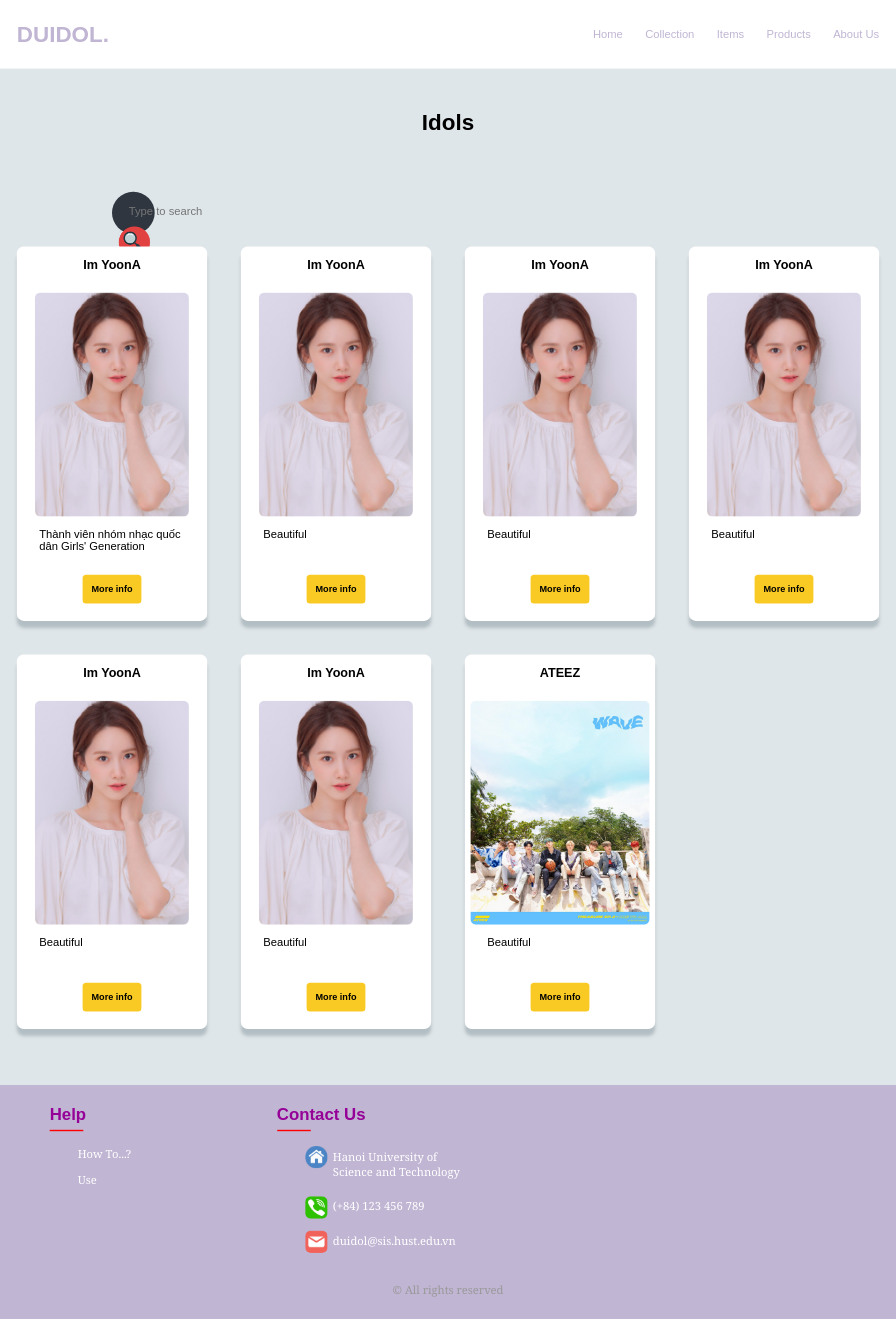
Repository: hangvtt183524/Cong_nghe_Web_va_dich_vu_truc_tuyen_20202
Page: ProjectWeb/src/View/html/idol_list.html
An editor plug-in stored every save of this project. The page is shown before and after the next save, followed by the edit.
The browser window is 1280 px wide. The pictures show the whole page, at 70% of full size.
The pointer rests on the first visible `.search-box`.

Above is the page before, as saved 2021-05-06 18:06:32.

### ProjectWeb/src/View/html/idol_list.html
<html>
	<head>
		<title>Idol List</title>
		<link rel="stylesheet" href="../css/idol_list.css">
	</head>
	<body>
		<header>
			<a href="" class="logo">DUIDOL.</a>
            <ul class="navigation">
                <li><a href="">Home</a></li>
                <li><a href="">Collection</a></li>
                <li><a href="">Items</a></li>
                <li><a href="">Products</a></li>
                <li><a href="">About Us</a></li>
            </ul>
		</header>
		<section class="idol-list">
			<div>
				<h1 class="align-center">Idols</h1>
			</div>
			<div class="container1">
				<div class="search-box">
					<input class="search-txt" type="text" name="" placeholder="Type to search">
					<a class="search-btn" href="#"><img src="../image/search-icon.png"></a>
				</div>
			</div>
			<br>
			<div class="idol-container">
				<div class="card">
					<div class="name">Im YoonA</div>
					<div class="image">
						<img src="../image/yoona.jpg">
					</div>
					<div class="textblock">
					<div class="text">Thành viên nhóm nhạc quốc dân Girls' Generation</div>
					</div>
					<div>
						<div class="btnblock">
						<a href="../html/info.html" class="info-button">More info</a>
						</div>
					</div>
				</div>



				<div class="card">
					<div class="name">Im YoonA</div>
					<div class="image">
						<img src="../image/yoona.jpg">
					</div>
					<div class="textblock">
					<div class="text">Beautiful</div>
					</div>

					<div>
						<div class="btnblock">
						<a href="../html/info.html" class="info-button">More info</a>
						</div>
					</div>
				</div>



				<div class="card">
					<div class="name">Im YoonA</div>
					<div class="image">
						<img src="../image/yoona.jpg">
					</div>
					<div class="textblock">
					<div class="text">Beautiful</div>
					</div>
					<div>
						<div class="btnblock">
						<a href="../html/info.html" class="info-button">More info</a>
						</div>
					</div>
				</div>

				<div class="card">
					<div class="name">Im YoonA</div>
					<div class="image">
						<img src="../image/yoona.jpg">
					</div>
					<div class="textblock">
					<div class="text">Beautiful</div>
					</div>
					<div>
						<div class="btnblock">
						<a href="../html/info.html" class="info-button">More info</a>
						</div>
					</div>
				</div>

				<div class="card">
					<div class="name">Im YoonA</div>
					<div class="image">
						<img src="../image/yoona.jpg">
					</div>
					<div class="textblock">
					<div class="text">Beautiful</div>
					</div>
					<div>
						<div class="btnblock">
						<a href="../html/info.html" class="info-button">More info</a>
						</div>
					</div>
				</div>

				<div class="card">
					<div class="name">Im YoonA</div>
					<div class="image">
						<img src="../image/yoona.jpg">
					</div>
					<div class="textblock">
					<div class="text">Beautiful</div>
					</div>
					<div>
						<div class="btnblock">
						<a href="../html/info.html" class="info-button">More info</a>
						</div>
					</div>
				</div>

				<div class="card">
					<div class="name">ATEEZ</div>
					<div class="image">
						<img src="../image/ateez-list.jpg">
					</div>
					<div class="textblock">
					<div class="text">Beautiful</div>
					</div>
					<div>
						<div class="btnblock">
						<a href="../html/info.html" class="info-button">More info</a>
						</div>
					</div>
				</div>

			</div>
		</section>
		<footer>
			<div class="container">
				<div class="row">
					<div class="footer-col">
						<h4>Help</h4>
						<ul>
							<li><a href="">How to...?</a>
							<li><a href="">Use</a>
						</ul>
					</div>
					<div class="footer-col">
						<h4>Contact us</h4>
						<ul>
							<li><img src="../image/address_icon.jpg">
							<p>Hanoi University of <br>Science and Technology</p>
							<li><img src="../image/phone_icon.png">
							<p>(+84) 123 456 789</p>
							<li><img src="../image/mail_icon.png">
							<p>duidol@sis.hust.edu.vn</p>
						</ul>
					</div>
				</div>
				<div class="copyrightText"><p>© All rights reserved</p></div>
			</div>
		</footer>
	</body>
</html>

### ProjectWeb/src/View/css/idol_list.css
body {
    font-family: sans-serif;
    margin: 0;
}
header {
    background-color: white;
    padding: 1.5em;
    display: flex;
    justify-content: space-between;
    align-items: center;
}
.logo {
    font-weight: bold;
    text-decoration: none;
    font-size: 2em;
    color: #c0b5d3;
}
.navigation {
    display: flex;
    position: relative;
}
.navigation li {
    list-style: none;
    margin-left: 2em;
}
.navigation li a {
    text-decoration: none;
    font-size: 1em;
    color: #c0b5d3;
}

.idol-list {
	background-color:#dfe6e9;
	padding-bottom: 5em;
    align-items: center;
    padding-top: 2em;
}

h1 {
	font-size: 2em;
	font-weight: bold;
}
.container1 {
	margin-top: 5em;
}
.container1 .search-box {

	margin-left: 10em;
	width: 2.8em;
	height: 2.8em;
	background: #2f3640;
	border-radius: 3em;
	padding: 0.5em;
}

.container1 .search-txt {
	border: none;
	background: none;
	outline: none;
	float: left;
	color: #999;
	transition: 0.4s;
	line-height: 40px;
	font-size: 16px;
	width: 0;
}

.search-box:hover > .search-txt {
	width: 240px;
	padding: 0 1em;
}
.container1 img {
	width: 3em;
	border-radius: 1em;
	margin-top: 0;
}
.idol-list .card {
	background-color: white;
	width: 16em;

	margin: auto;
	border-radius: 10px;
	padding: 1em;
	box-shadow: 0px 10px 5px #b2bec3;
	text-align: center;
	font-family: sans-serif;
	max-width: 75%;
	padding-bottom: 30px;
}
.idol-list .card:hover {
	box-shadow: 15px 15px 15px #b2bec3;
	background: #FFEAFF;
}
.card .name {
	font-size: 18px;
	font-weight: bold;
	padding-bottom: 0.7em;
}

.card .image {
	margin-top: 1em;
	width: 100%;
    height: 20em;
    position: relative;
}
.card .image img {
	max-height: 100%;
	border-radius: 0.5em;
	object-fit: cover;
	position: absolute;
	top: 50%;
    transform: translate(-50%, -50%);
}

.card .textblock {
	height: 4em;
	margin-left: 1em;
	margin-right: 1em;
	margin-top: 1em;
	margin-bottom: 0.5em;
}

.card .textblock .text {
	text-align: left;
	font-size: 1rem;
}

.card .btnblock {
	margin-top: 1em;
	margin-bottom: 0.5em;
}

.info-button {
	background-color: #f9ca24;
	color: black;
	border: none;
	padding: 1em;
	border-radius: 5px;
	font-weight: bold;
	font-size: 13px;
	text-decoration: none;
}

.info-button:hover {
	box-shadow: 0px 5px 5px #b2bec3;
	color: #eb4db4;
}

.idol-container {
	display: grid;
	grid-template-columns: repeat(4, 1fr);
	grid-row-gap: 3em;
}

.align-center {
	text-align: center;
}

footer {
	background-color: #c0b5d3;
	padding: 1em 0;
}

footer .container {
	max-width: 1170px;
	margin: auto;
}

.footer-col {
	width: 25%;
	padding: 0 1em;
}
.footer-col h4 {
	font-size: 1.5em;
	color: #950096;
	text-transform: capitalize;
	position: relative;
	margin-top: 0.5em;
}

.footer-col h4::before {
	content: '';
	position: absolute;
	left: 0;
	bottom: -10px;
	height: 2px;
	background-color: red;
	box-sizing: border-box;
	width: 2em;
}

.footer-col li {
	display: flex;
	margin-bottom: 0.5em;
}
.footer-col ul li a {
	color: white;
	text-transform: capitalize;
	text-decoration: none;
	font-family: Cambria;
	font-size: 1em;
	margin-bottom: 0.5em;
	display: block;
}


.footer-col ul li a:hover {
	color: #700470;
	padding-left: 1em;

}

.footer-col p {
	margin-top: 0.2em;
	font-size: 1em;
	font-family: Cambria;
	color: white;
}
.footer-col img {
	border-radius: 0.5em;
	max-height: 2em;
	margin-right: 0.5em;
}

ul {
	list-style: none;
}

footer .container .h3 {
	color: white;
}

.container .row {
	display: flex;
	flex-wrap: wrap;
}

.copyrightText {
	width: 100%;
	color: #999;
	text-align: center;
	font-family: Cambria;
}

@media only screen and (max-width: 991px){
	.idol-container {
		grid-template-columns: 1fr;
	}
	.card {
        width: 25em;
    }
    .album .image {
        height: 25em;
    }
    .footer-col {
    	width: 50%;
    	margin-bottom: 5em;
    }

}

After the next save:
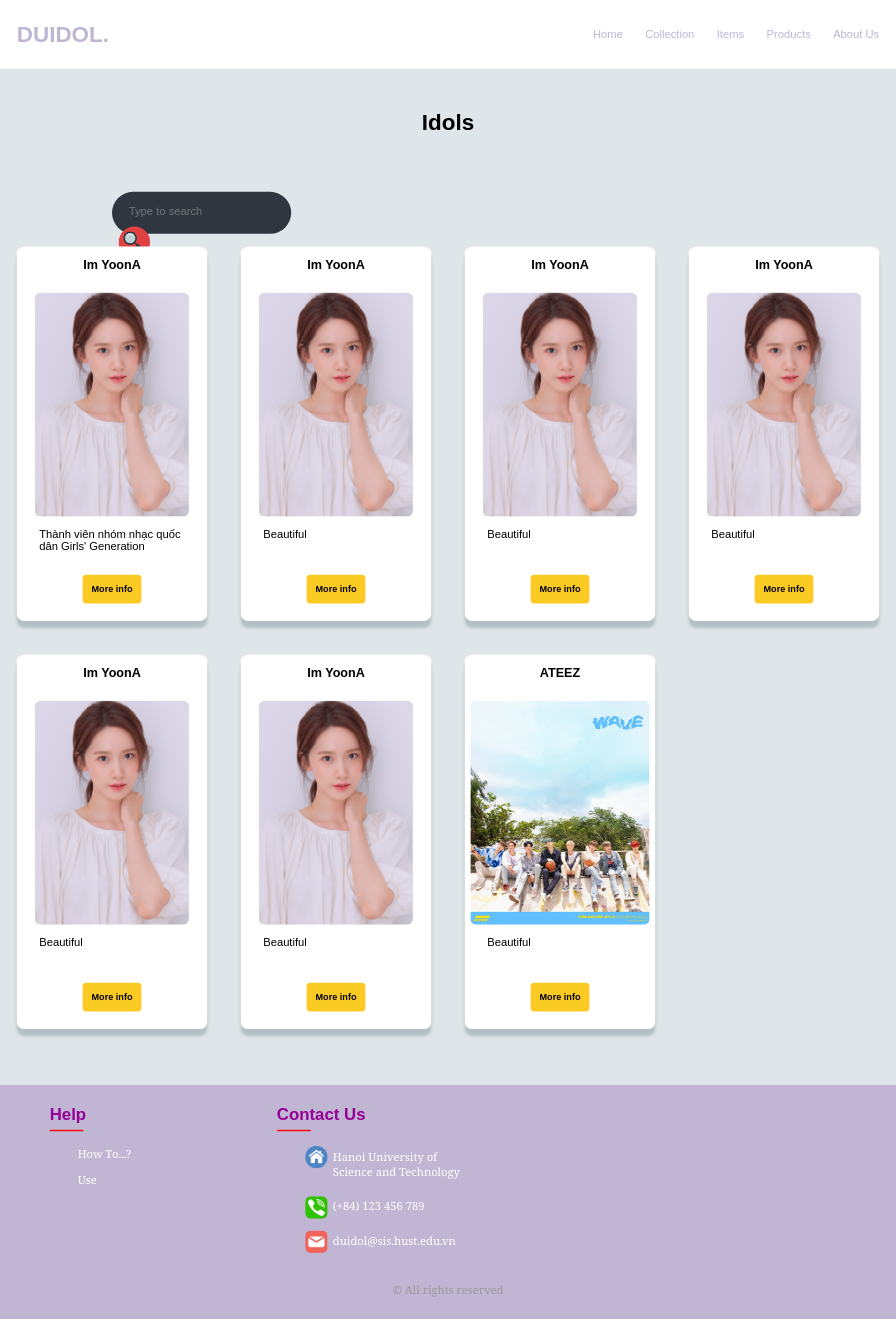
Saved 27 s later.
--- a/ProjectWeb/src/View/css/idol_list.css
+++ b/ProjectWeb/src/View/css/idol_list.css
@@ -63,6 +63,11 @@
 	line-height: 40px;
 	font-size: 16px;
 	width: 0;
+}
+
+.search-box:hover {
+	width: 240px;
+
 }
 
 .search-box:hover > .search-txt {
